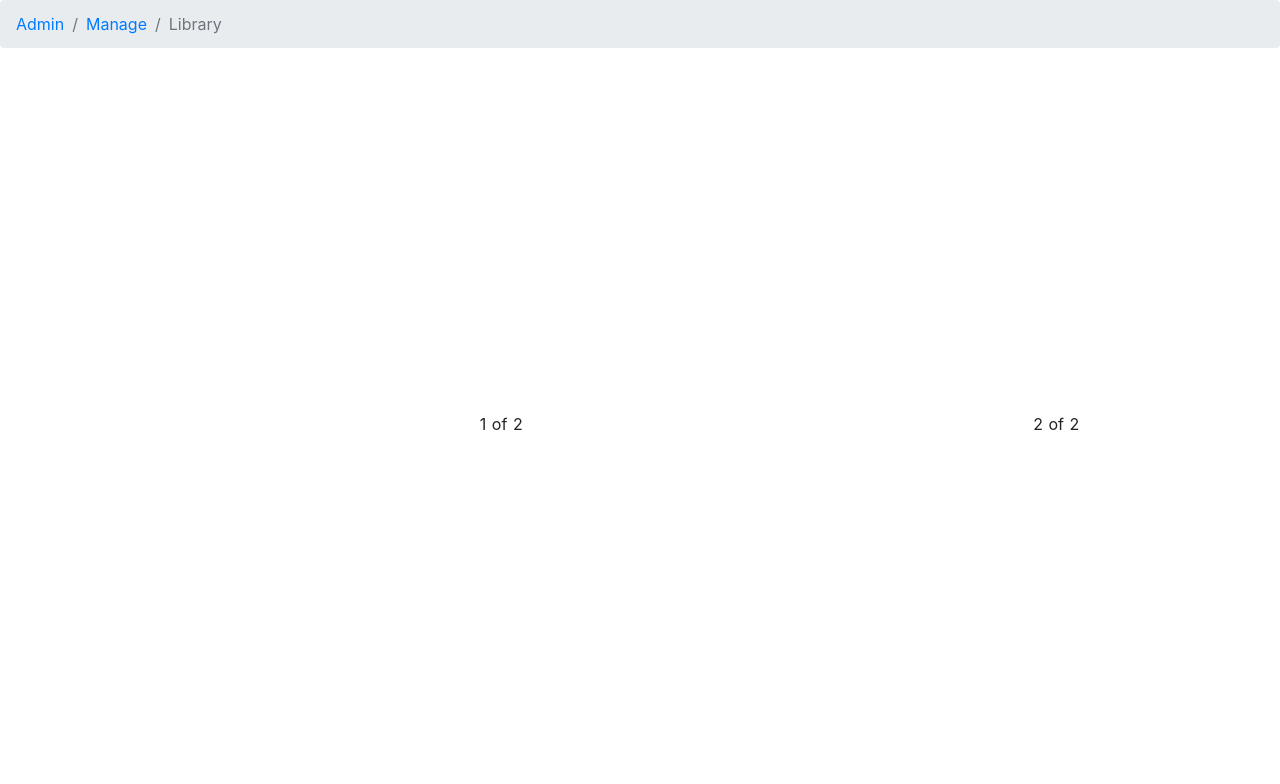
Repository: MTTTM/nuxt-xiaomatata
Page: /
An editor plug-in stored every save of this project. The page is shown before and after the next save, followed by the edit.
The browser window is 1280 px wide. The pictures show the part of the page from y = 600 to 1384 px (the page is 1384 px tall before and 1320 px after).
The project was rebuilt for these pictures with package versions that can differ from the ones it lists, and the page was loaded fresh each time. The framework's server and built-in components were replaced by stand-ins that run in the browser. Also part of the build but not shown: nuxt.config.js, components/Logo.vue, components/aboutMe.vue, components/articleListItem.vue, components/bloggerRanking.vue, components/carouselBox.vue, components/classifyList.vue, components/commentBox.vue and 7 more. Imported but missing from the stored project, and not drawn on this page: components/cmSpinner, mixins/scrollLoad.

Above is the page before, as saved 2021-04-10 11:11:22.

### components/breadCrumb.vue
<template>
  <b-breadcrumb :items="items"></b-breadcrumb>
</template>

<script>
export default {
  data() {
    return {
      items: [
        {
          text: "Admin",
          href: "#",
        },
        {
          text: "Manage",
          href: "#",
        },
        {
          text: "Library",
          active: true,
        },
      ],
    };
  },
};
</script>

### components/navBar.vue
<template>
  <div class="nav-bar">
    <b-navbar toggleable="lg" type="dark" variant="info" fixed="top">
      <b-navbar-brand href="#"> 塔塔 </b-navbar-brand>

      <b-navbar-toggle target="nav-collapse" />

      <b-collapse id="nav-collapse" is-nav>
        <b-navbar-nav>
          <b-nav-item href="#"> Link </b-nav-item>
          <b-nav-item href="#" disabled> Disabled </b-nav-item>
          <b-nav-item-dropdown text="Lang" right>
            <b-dropdown-item href="#"> EN </b-dropdown-item>
            <b-dropdown-item href="#"> ES </b-dropdown-item>
            <b-dropdown-item href="#"> RU </b-dropdown-item>
            <b-dropdown-item href="#"> FA </b-dropdown-item>
          </b-nav-item-dropdown>
        </b-navbar-nav>

        <!-- Right aligned nav items -->
        <b-navbar-nav class="ml-auto">
          <b-nav-form>
            <b-form-input size="sm" class="mr-sm-2" placeholder="Search" />

            <b-button size="sm" class="my-2 my-sm-0" type="submit">
              Search
            </b-button>
          </b-nav-form>

          <b-nav-item-dropdown right>
            <!-- Using 'button-content' slot -->
            <template #button-content>
              <b-avatar
                variant="info"
                src="https://placekitten.com/300/300"
              ></b-avatar>
              <em>User</em>
            </template>

            <b-dropdown-item href="#"> Profile </b-dropdown-item>
            <b-dropdown-item href="#"> Sign Out </b-dropdown-item>
          </b-nav-item-dropdown>
        </b-navbar-nav>
      </b-collapse>
    </b-navbar>
  </div>
</template>
<script>
export default {};
</script>
<style lang="scss">
* {
  margin: 0;
  padding: 0;
}
</style>

### layouts/default.vue
<template>
  <div>
    <navBar />
    <Nuxt />
  </div>
</template>
<script>
import navBar from "../components/navBar";
export default {
  components: { navBar }
};
</script>
<style>
html {
  font-size: 16px;
  word-spacing: 1px;
  -ms-text-size-adjust: 100%;
  -webkit-text-size-adjust: 100%;
  -moz-osx-font-smoothing: grayscale;
  -webkit-font-smoothing: antialiased;
  box-sizing: border-box;
}
</style>

### pages/index.vue
<template>
  <div>
    <b-carousel
      id="carousel-1"
      v-model="slide"
      :interval="4000"
      controls
      indicators
      background="#ababab"
      img-width="1024"
      img-height="480"
      style="text-shadow: 1px 1px 2px #333"
      @sliding-start="onSlideStart"
      @sliding-end="onSlideEnd"
    >
      <!-- Text slides with image -->
      <b-carousel-slide
        caption="First slide"
        text="Nulla vitae elit libero, a pharetra augue mollis interdum."
        img-src="https://picsum.photos/1024/480/?image=52"
      ></b-carousel-slide>

      <!-- Slides with custom text -->
      <b-carousel-slide img-src="https://picsum.photos/1024/480/?image=54">
        <h1>Hello world!</h1>
      </b-carousel-slide>

      <!-- Slides with image only -->
      <b-carousel-slide
        img-src="https://picsum.photos/1024/480/?image=58"
      ></b-carousel-slide>

      <!-- Slides with img slot -->
      <!-- Note the classes .d-block and .img-fluid to prevent browser default image alignment -->
      <b-carousel-slide>
        <template #img>
          <img
            class="d-block img-fluid w-100"
            width="1024"
            height="480"
            src="https://picsum.photos/1024/480/?image=55"
            alt="image slot"
          />
        </template>
      </b-carousel-slide>

      <!-- Slide with blank fluid image to maintain slide aspect ratio -->
      <b-carousel-slide caption="Blank Image" img-blank img-alt="Blank image">
        <p>
          Lorem ipsum dolor sit amet, consectetur adipiscing elit. Suspendisse
          eros felis, tincidunt a tincidunt eget, convallis vel est. Ut
          pellentesque ut lacus vel interdum.
        </p>
      </b-carousel-slide>
    </b-carousel>
    <breadCrumb />
    <b-container class="bv-example-row">
      <b-row class="w-100">
        <b-col cols="9" md="9" sm="12">1 of 2</b-col>
        <b-col cols="3" md="3" sm="12">2 of 2</b-col>
      </b-row>
    </b-container>
  </div>
</template>
<script>
import breadCrumb from "../components/breadCrumb";
export default {
  components: { breadCrumb },
};
</script>
<style>
.container {
  margin: 0 auto;
  min-height: 100vh;
  display: flex;
  justify-content: center;
  align-items: center;
  text-align: center;
}

.title {
  display: block;
  font-weight: 300;
  font-size: 100px;
  color: #35495e;
  letter-spacing: 1px;
}

.subtitle {
  font-weight: 300;
  font-size: 42px;
  color: #526488;
  word-spacing: 5px;
  padding-bottom: 15px;
}

.links {
  padding-top: 15px;
}
</style>

Loaded but not shown: store/system.js (no copy from this time; the picture is the same without it)

After the next save:
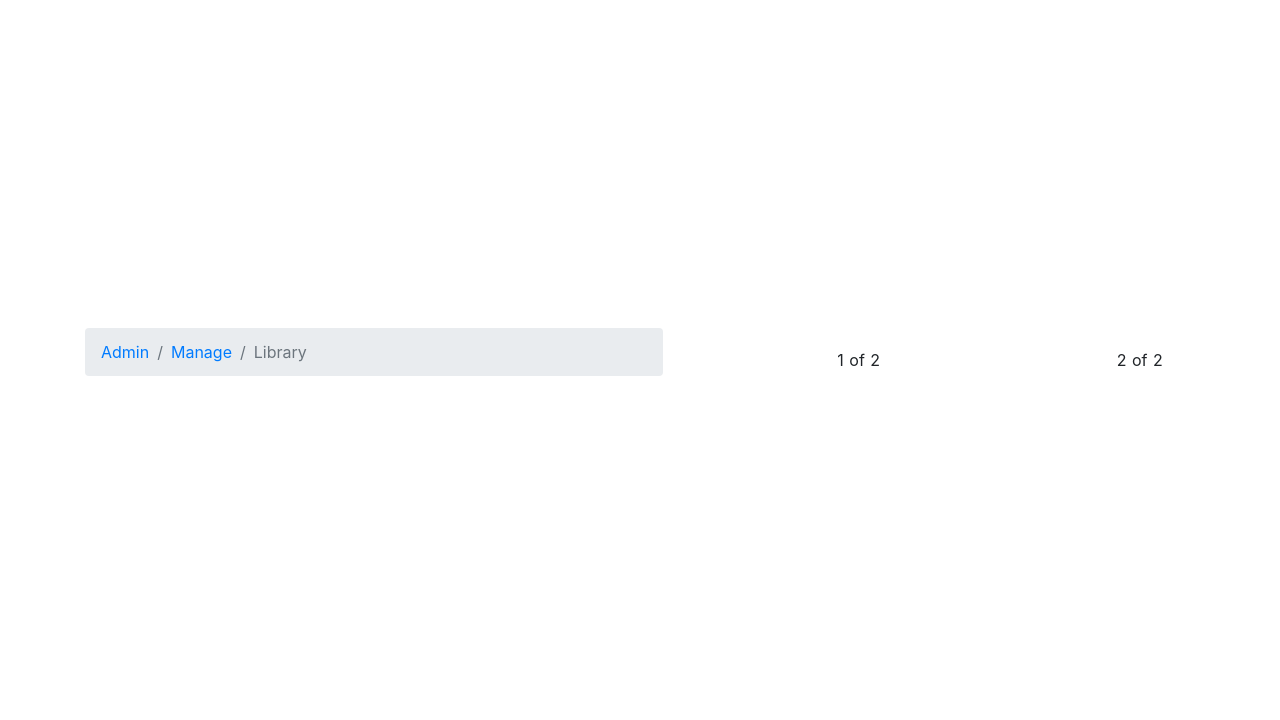
Saved 31 s later.
--- a/pages/index.vue
+++ b/pages/index.vue
@@ -53,8 +53,9 @@
         </p>
       </b-carousel-slide>
     </b-carousel>
-    <breadCrumb />
+
     <b-container class="bv-example-row">
+      <breadCrumb class="w-100" />
       <b-row class="w-100">
         <b-col cols="9" md="9" sm="12">1 of 2</b-col>
         <b-col cols="3" md="3" sm="12">2 of 2</b-col>
